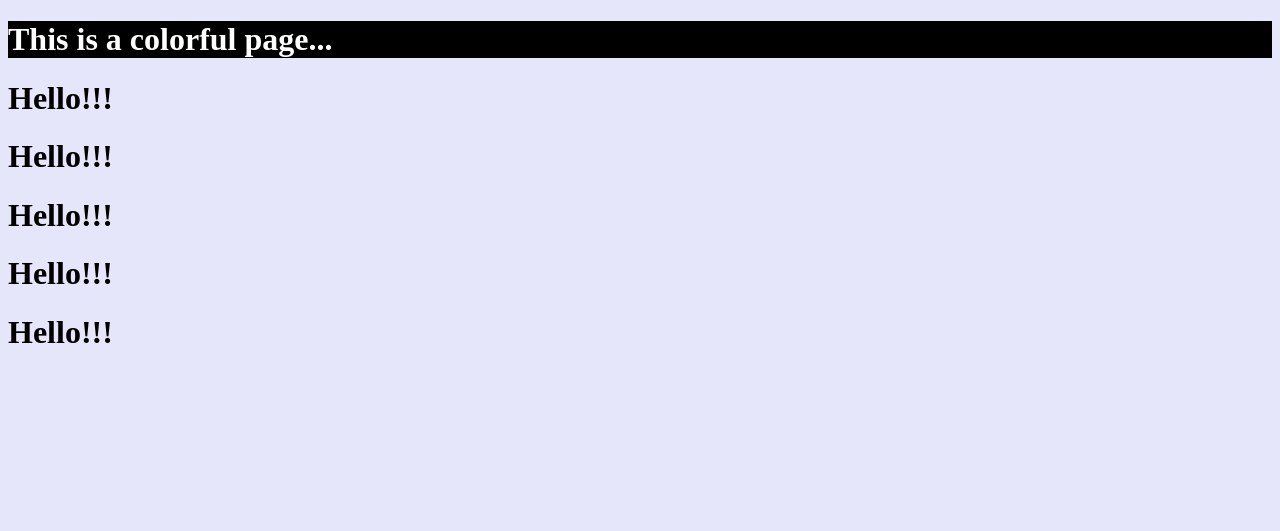
Repository: ShrikantSarode/AdvanceJava
Page: http://localhost/Web_Project/jsp_tag.jsp
The author's editor kept a copy of each file at every save. The page is drawn from the files as they stood at one save, then again after the next save.
The browser window is 1280 px wide. The pictures show the whole page.
The page is served by Tomcat 10.

Above is the page before, as saved 2024-11-29 08:47:57.

After the next save:
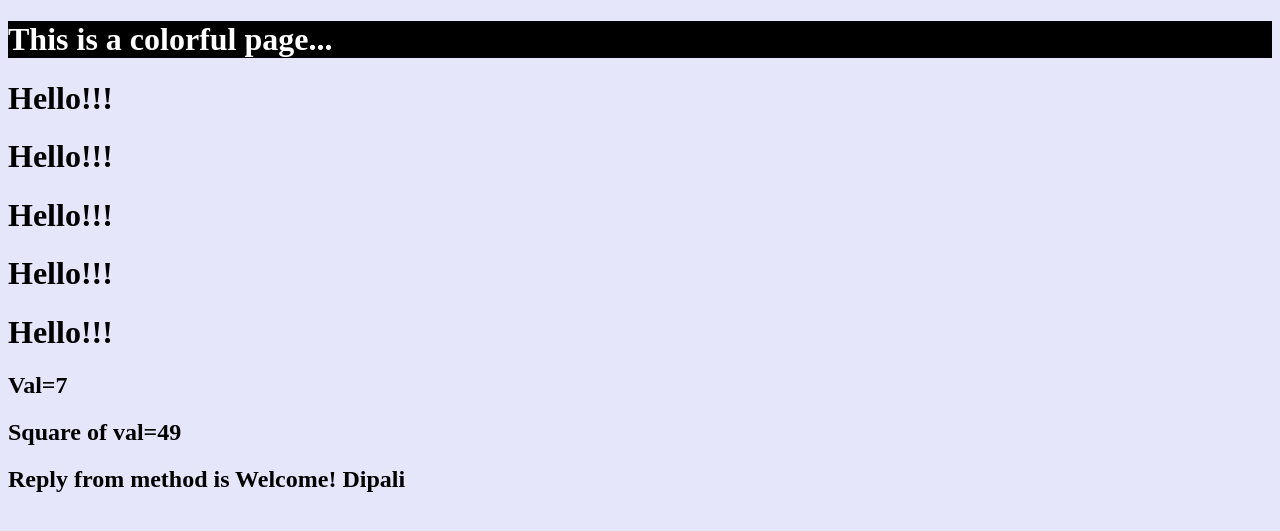
Saved 5 min 18 s later.
--- a/AJ backup/Web Based Java/Workspace/Web_Project/src/main/webapp/jsp_tag.jsp
+++ b/AJ backup/Web Based Java/Workspace/Web_Project/src/main/webapp/jsp_tag.jsp
@@ -1,5 +1,5 @@
 <%@ page language="java" contentType="text/html; charset=UTF-8"
-	pageEncoding="UTF-8"%>
+	pageEncoding="UTF-8" import="java.time.LocalDate"%>
 <!DOCTYPE html>
 <html>
 <body>
@@ -15,9 +15,24 @@
 	<%--Showing HELLO using h1 heading 5 times --%>
 	<%--Starting a 'for' loop using Scriptle --%>
 	<%
-		for(int a=1;a<=5;a++){
+	for (int a = 1; a <= 5; a++) {
 	%>
-		<h1>Hello!!!</h1>
-	<%} %>
+	<h1>Hello!!!</h1>
+	<%
+	}
+	%>
+	<%--Fetching a value of variable: val using expression --%>
+	<h2>
+		Val=<%=val%></h2>
+	<h2>
+		Square of val=<%=(val * val)%></h2>
+	<%--Invoking the method: sayWelcome() using expression --%>
+	<h2>
+		Reply from method is
+		<%=sayWelcome("Dipali")%></h2>
+	<%--Creating a LocalDate object for system date --%>
+	<%
+
+	%>
 </body>
 </html>
